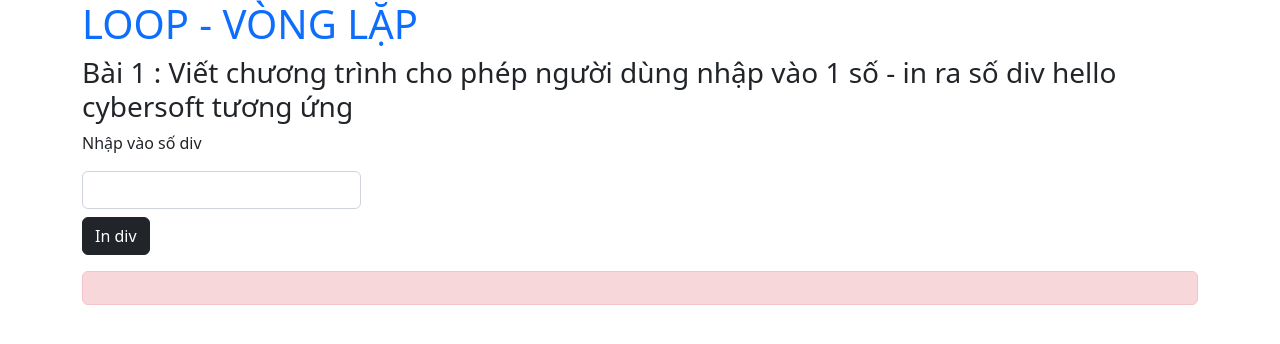
Repository: hcozyph/cyberSoft_JS_fulldocs
Page: JS_6_LOOP/index.html
An editor plug-in stored every save of this project. The page is shown before and after the next save, followed by the edit.
The browser window is 1280 px wide. The pictures show the whole page.

Above is the page before, as saved 2023-02-08 19:48:54.

### JS_6_LOOP/index.html
<!DOCTYPE html>
<html lang="en">
    <head>
        <title>JS_6_LOOP</title>
        <!-- Required meta tags -->
        <meta charset="utf-8" />
        <meta
            name="viewport"
            content="width=device-width, initial-scale=1, shrink-to-fit=no"
        />

        <!-- Bootstrap CSS v5.2.1 -->
        <link
            href="https://cdn.jsdelivr.net/npm/bootstrap@5.2.1/dist/css/bootstrap.min.css"
            rel="stylesheet"
            integrity="sha384-iYQeCzEYFbKjA/T2uDLTpkwGzCiq6soy8tYaI1GyVh/UjpbCx/TYkiZhlZB6+fzT"
            crossorigin="anonymous"
        />
    </head>

    <body style="margin: 0 auto; padding: 0">
        <div class="container">
            <h1 class="text-primary" style="margin: 0 auto">LOOP - VÒNG LẶP</h1>

            <h3 class="my-2">
                Bài 1 : Viết chương trình cho phép người dùng nhập vào 1 số - in
                ra số div hello cybersoft tương ứng
            </h3>

            <div class="form-group">
                <p>Nhập vào số div</p>
                <input type="text" name="" class="form-control w-25" id="" />

                <button class="btn btn-dark my-2" id="btn-in-div">
                    In div
                </button>
            </div>

            <div class="alert alert-danger mt-2" id="ket-qua-bai-1"></div>
        </div>

        <!-- Bootstrap JavaScript Libraries -->
        <script
            src="https://cdn.jsdelivr.net/npm/@popperjs/core@2.11.6/dist/umd/popper.min.js"
            integrity="sha384-oBqDVmMz9ATKxIep9tiCxS/Z9fNfEXiDAYTujMAeBAsjFuCZSmKbSSUnQlmh/jp3"
            crossorigin="anonymous"
        ></script>

        <script
            src="https://cdn.jsdelivr.net/npm/bootstrap@5.2.1/dist/js/bootstrap.min.js"
            integrity="sha384-7VPbUDkoPSGFnVtYi0QogXtr74QeVeeIs99Qfg5YCF+TidwNdjvaKZX19NZ/e6oz"
            crossorigin="anonymous"
        ></script>

        <script src="./JS_6/index.js"></script>
    </body>
</html>

### JS_6_LOOP/JS_6/index.js
console.log('lần1');
console.log('lần2');
console.log('lần3');
console.log('lần4');

/*
    Cấu trúc vòng lặp: Dùng để thực hiện 1 hành động được lặp đi lặp lại nhiều lần.

    //CÁC BƯỚC CẤU THÀNH VÒNG LẶP
    B1: Xác định điều kiện thay đổi trong biểu thức lặp (có 1 biến nào đó gọi là biến điều kiện)

    B2: Dựa vào biến thay đổi để thực hiện điều kiện lặp

    B3: Cài đặt xử lý trong mỗi lần lặp

    B4: Thay đổi giá trị của biến điều kiện để đến 1 lúc nào đó nó sẽ dừng

*/

////

//Bước 1: Xác định điều kiện lặp
var soLan = 0;

//Bước 2: Điều kiện lặp
while (soLan <= 5) {
    //Bước 3: xử lý
    console.log('hello CyberSoft ! lần' + soLan);

    //Bước 4: thay đổi điều kiện sau mỗi lần lặp để DỪNG
    soLan += 1;
};

After the next save:
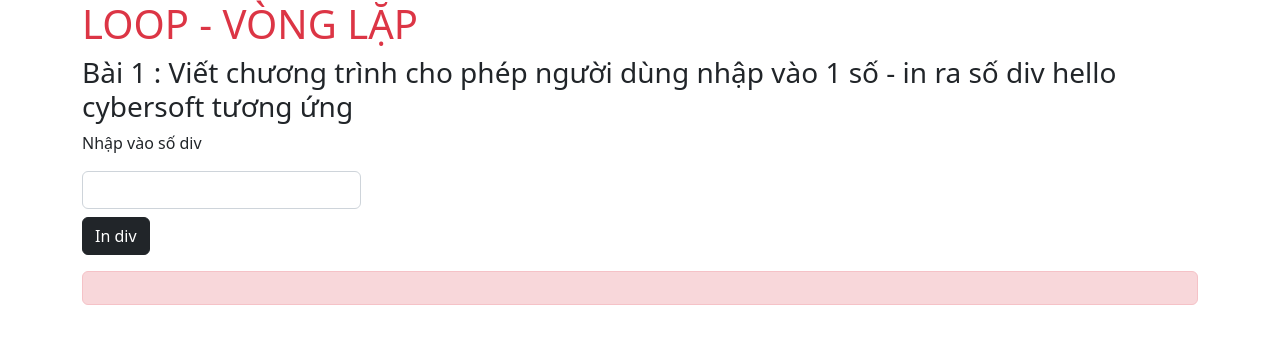
Saved 8 s later.
--- a/JS_6_LOOP/index.html
+++ b/JS_6_LOOP/index.html
@@ -20,7 +20,7 @@
 
     <body style="margin: 0 auto; padding: 0">
         <div class="container">
-            <h1 class="text-primary" style="margin: 0 auto">LOOP - VÒNG LẶP</h1>
+            <h1 class="text-danger" style="margin: 0 auto">LOOP - VÒNG LẶP</h1>
 
             <h3 class="my-2">
                 Bài 1 : Viết chương trình cho phép người dùng nhập vào 1 số - in
